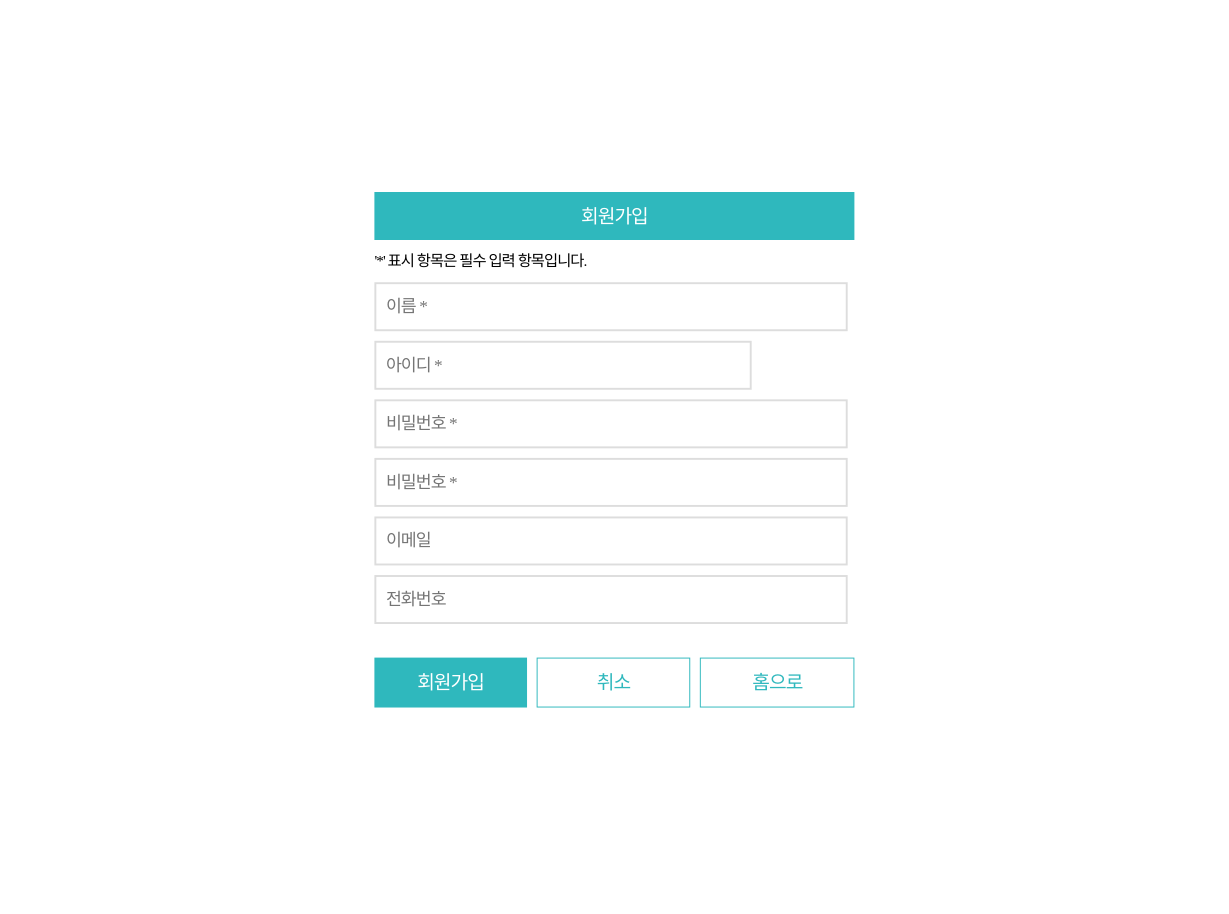
Repository: InhoKang92/jsp_1018
Page: http://localhost/Web_01/join.jsp
These files come from the project's save history. The page is drawn as it stood at one moment and after the next save; the edit follows.
The browser window is 1280 px wide. The pictures show the whole page, at 96% of full size.
Some web fonts or font styles are not loaded; a fallback is used. The page is served by Tomcat 9.

Above is the page before, as saved 2024-10-16 02:10:51.

After the next save:
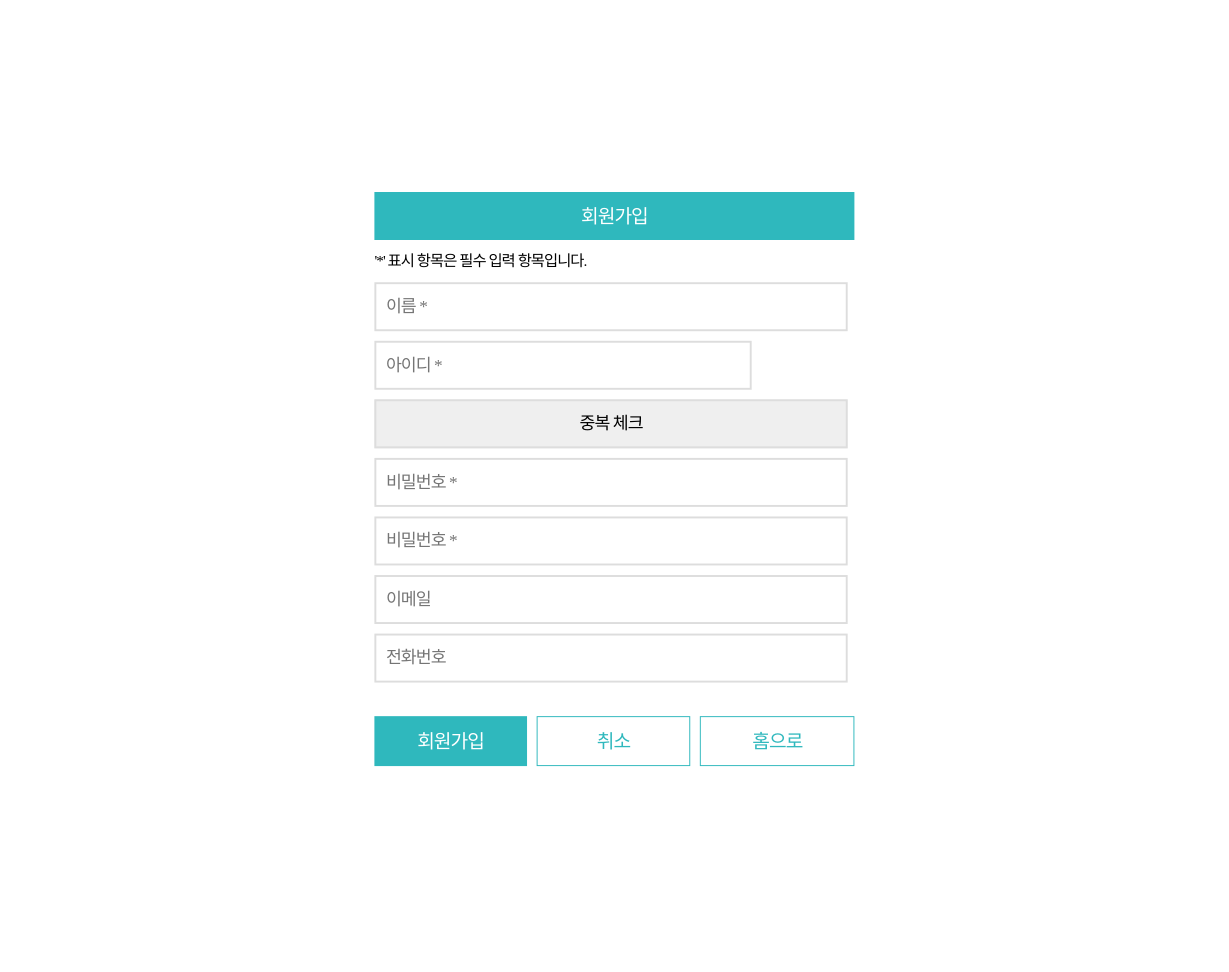
Saved 20 s later.
--- a/Web_01/src/main/webapp/join.jsp
+++ b/Web_01/src/main/webapp/join.jsp
@@ -21,6 +21,7 @@ pageEncoding="UTF-8"%>
             <div class="input_box">
             	<input class="name_input" type="text" placeholder="이름 *" name="username">
                 <input class="id_input" type="text" placeholder="아이디 *" name="userid">
+                <input type="button" value="중복 체크" onclick="idCheck()">
                 <input class="pw_input" type="password" placeholder="비밀번호 *" name="pwd">
                 <input class="pw_check_input" type="password" placeholder="비밀번호 *" name="pwd_check">
                 <input class="email_input" type="text" placeholder="이메일" name="email">
